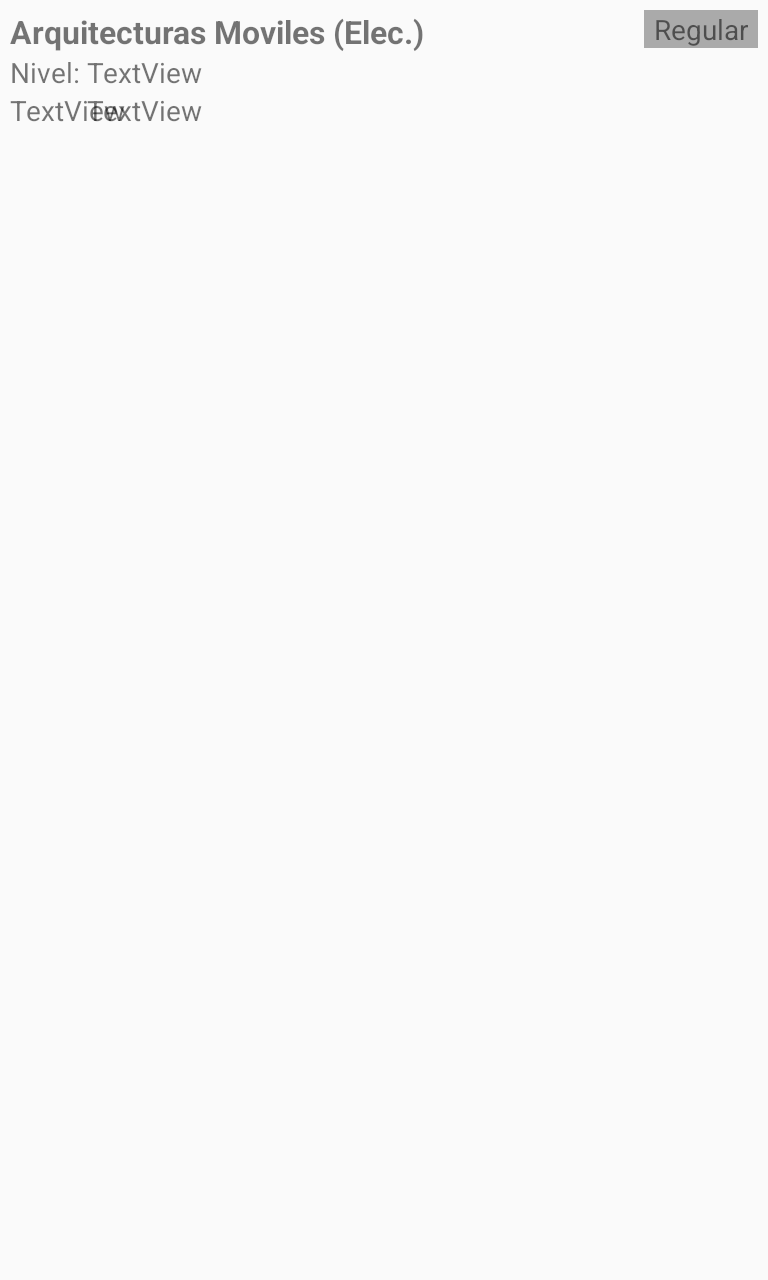
Repository: juanpablobono/Sysacadalumnos
Layout: Sysacad/res/layout/lst_cursado_item.xml
These files come from the project's save history. The layout is drawn as it stood at one moment and after the next save; the edit follows.
It is drawn on a 768 x 1280 px phone screen (xhdpi) without system bars, with theme temaSysacad; the app's code is not run.

Above is the layout before, as saved 2014-07-07 12:42:54.

After the next save:
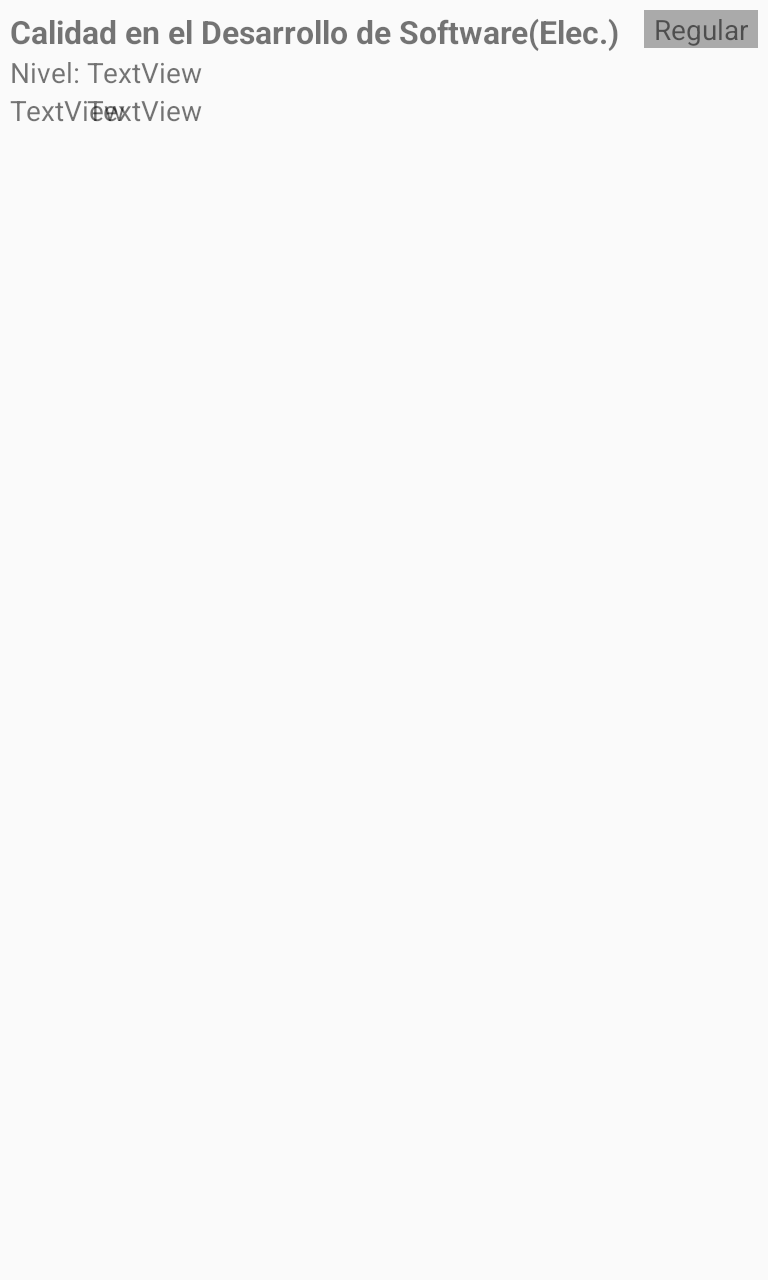
Saved 18 s later.
--- a/Sysacad/res/layout/lst_cursado_item.xml
+++ b/Sysacad/res/layout/lst_cursado_item.xml
@@ -10,7 +10,7 @@
         android:layout_height="wrap_content"
         android:layout_alignParentLeft="true"
         android:layout_alignParentTop="true"
-        android:text="Arquitecturas Moviles (Elec.)"
+        android:text="Calidad en el Desarrollo de Software(Elec.)"
         android:layout_toLeftOf="@+id/lblCondicion"
         android:layout_marginRight="5dp"
         android:textSize="16sp"
